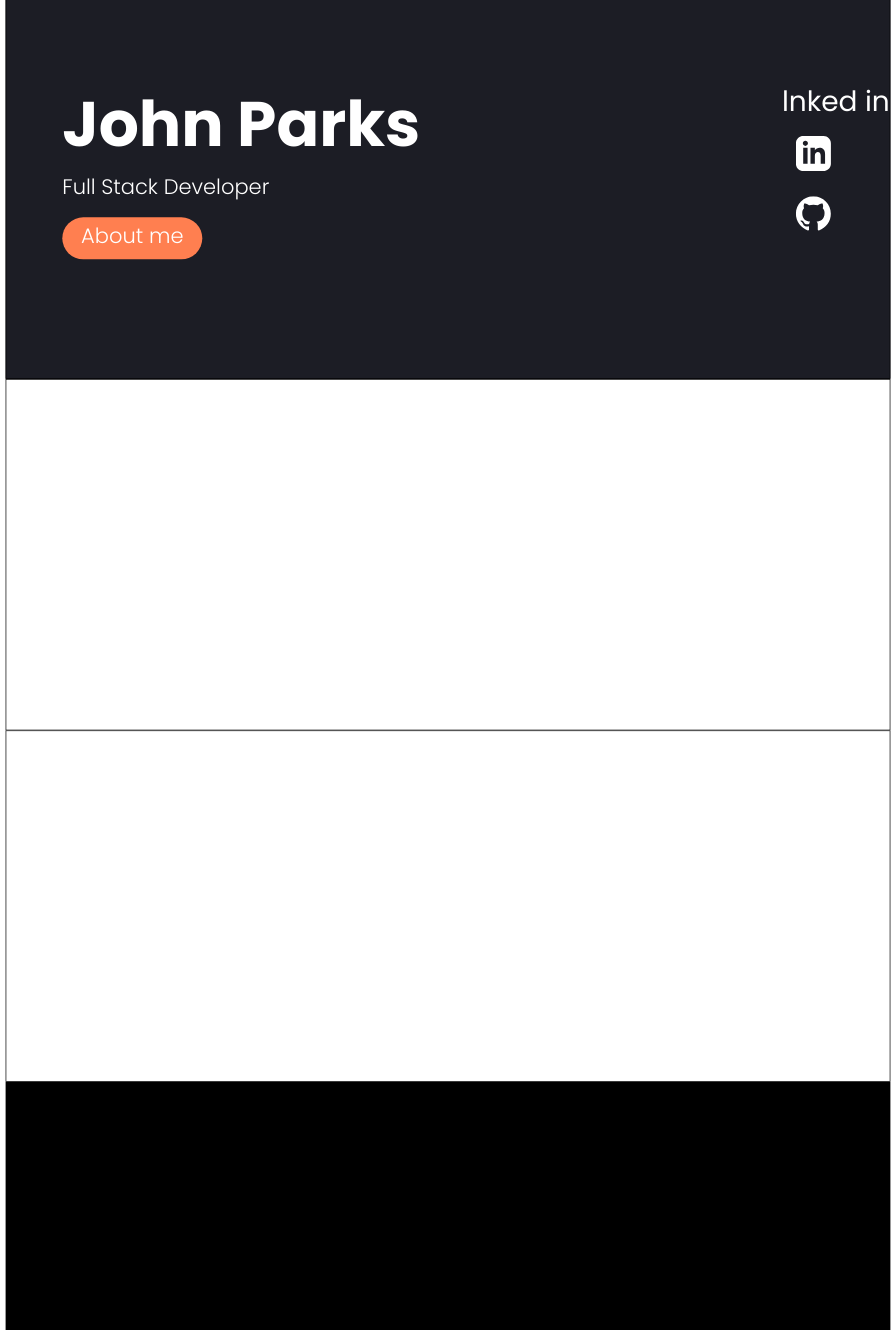
Repository: Jcparks84/Portfolio
Page: index.html
An editor plug-in stored every save of this project. The page is shown before and after a run of saves, followed by the edit.
The browser window is 1280 px wide. The pictures show the part of the page from y = 189 to 2089 px (the page is 2242 px tall), at 70% of full size.
A picture or video elsewhere on the page could not be fetched, so the positions and the page height are approximate.

Above is the page before, as saved 2022-08-10 15:18:18.

After the next 2 saves:
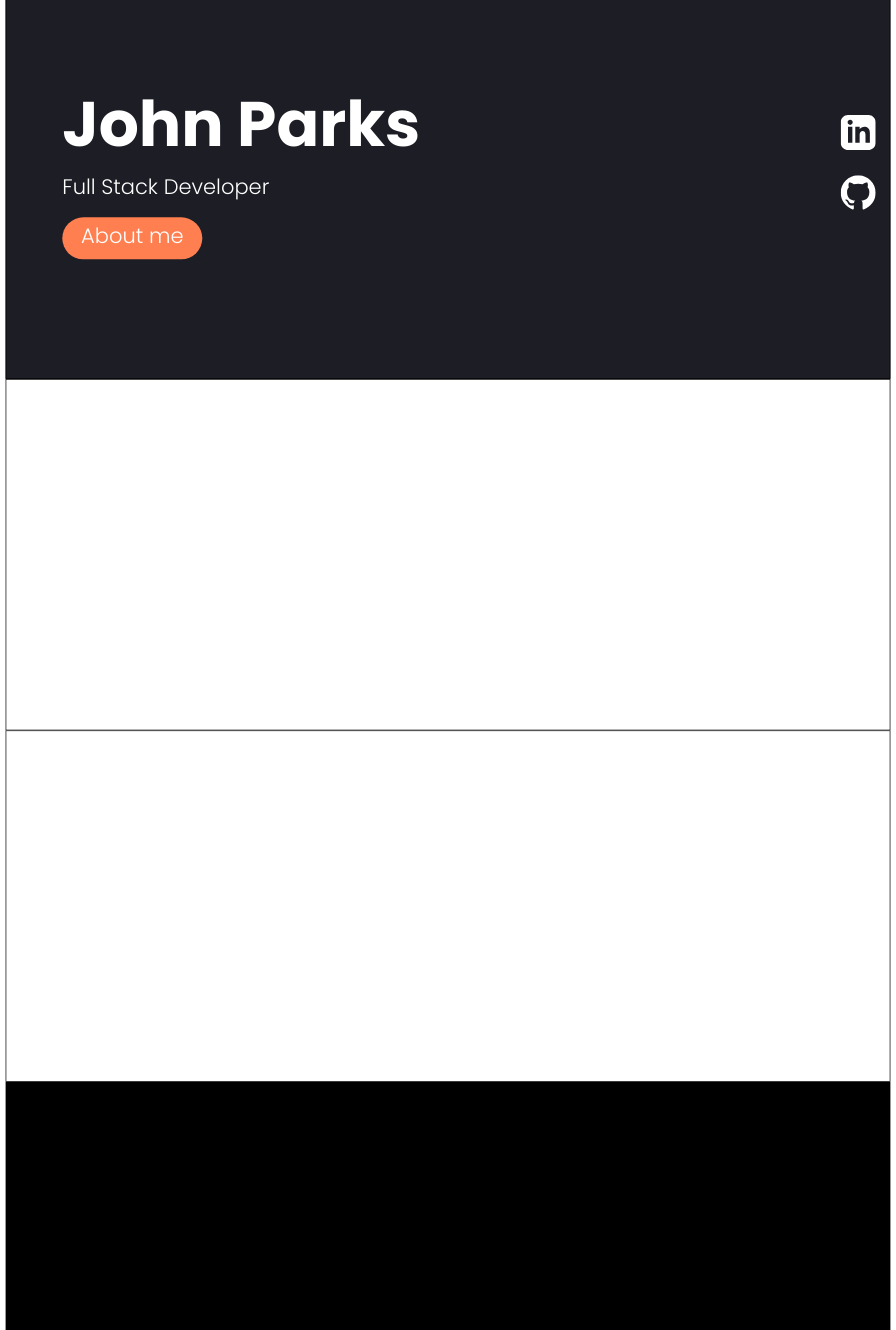
The 2 saves are shown as one change because they came seconds apart.
The last was saved 8 s later.
--- a/index.html
+++ b/index.html
@@ -25,7 +25,7 @@
                 <div class="button">About me</div>
             </div>
             <div class="socials">
-                lnked in
+                <!-- lnkedin -->
                 <div href="" class="social">
                     <svg xmlns="http://www.w3.org/2000/svg" fill="#ffffff" width="50" height="50" viewBox="0 0 24 24"><path d="M19 0h-14c-2.761 0-5 2.239-5 5v14c0 2.761 2.239 5 5 5h14c2.762 0 5-2.239 5-5v-14c0-2.761-2.238-5-5-5zm-11 19h-3v-11h3v11zm-1.5-12.268c-.966 0-1.75-.79-1.75-1.764s.784-1.764 1.75-1.764 1.75.79 1.75 1.764-.783 1.764-1.75 1.764zm13.5 12.268h-3v-5.604c0-3.368-4-3.113-4 0v5.604h-3v-11h3v1.765c1.396-2.586 7-2.777 7 2.476v6.759z"/></svg>
                 </div>
